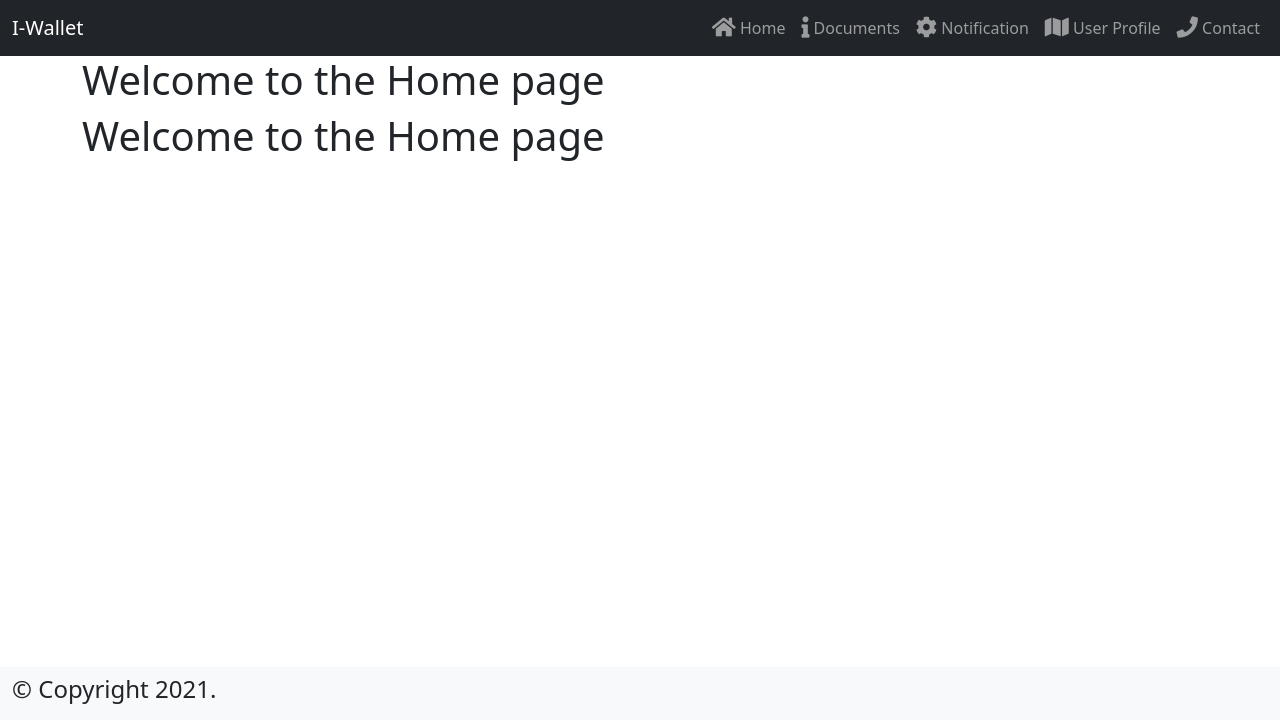
Repository: ahmed-mb-ali/I-Wallet
Page: http://localhost/
The author's editor kept a copy of each file at every save. The page is drawn from the files as they stood at one save, then again after the next save.
The browser window is 1280 px wide. The pictures show the whole page.
The page is served by the project's Node server (index.js). Other server files are loaded and not shown.

Above is the page before, as saved 2021-08-06 13:00:07.

### views/index.ejs
<!DOCTYPE html>
<html lang="en">
<head>
  <meta charset="UTF-8">
  <meta http-equiv="X-UA-Compatible" content="IE=edge">
  <meta name="viewport" content="width=device-width, initial-scale=1.0">
  <title><%= title %></title>
  <!-- CSS Section -->
  <link rel="stylesheet" href="/bootstrap/dist/css/bootstrap.min.css">
  <link rel="stylesheet" href="/@fortawesome/fontawesome-free/css/all.min.css">
  <link rel="stylesheet" href="/Content/app.css">
</head>
<body>
  <!-- Navigation Section -->
  <header>
    <%- include('./components/header.ejs') %>
  </header>

  <div class="container">
    <h1>Welcome to the <%= title %> page</h1>
  </div>

  <!-- Bottom Nav -->
  <%- include('./components/footer.ejs') %>

  <!-- JavaScript Section -->
  <script src="/jquery/dist/jquery.min.js"></script>
  <script src="/bootstrap/dist/js/bootstrap.min.js"></script>
  <script src="/Scripts/app.js"></script>
</body>
</html>

### views/components/header.ejs
<nav class="navbar navbar-expand-lg navbar-dark bg-dark">
    <div class="container-fluid">
      <a class="navbar-brand" href="#">I-Wallet</a>
      <button class="navbar-toggler" type="button" data-bs-toggle="collapse" data-bs-target="#navbarSupportedContent" aria-controls="navbarSupportedContent" aria-expanded="false" aria-label="Toggle navigation">
        <span class="navbar-toggler-icon"></span>
      </button>
      <div class="collapse navbar-collapse" id="navbarSupportedContent">
        <ul class="navbar-nav ms-auto mb-2 mb-lg-0">
          <li class="nav-item">
            <a class="nav-link" href="/home"><i class="fas fa-home fa-lg"></i> Home</a>
          </li>
          <li class="nav-item">
            <a class="nav-link" href="/document"><i class="fas fa-info fa-lg"></i> Documents</a>
          </li>
          <li class="nav-item">
            <a class="nav-link" href="/notification"><i class="fas fa-cog fa-lg"></i> Notification</a>
          </li>
          <li class="nav-item">
            <a class="nav-link" href="/profile"><i class="fas fa-map fa-lg"></i> User Profile</a>
          </li>
          <li class="nav-item">
            <a class="nav-link" href="/contact"><i class="fas fa-phone fa-lg"></i> Contact</a>
          </li>
        </ul>
      </div>
    </div>
  </nav>

  <div class="container">
    <h1>Welcome to the <%= title %> page</h1>
  </div>

### views/components/footer.ejs
 <nav class="navbar fixed-bottom navbar-light bg-light">
    <div class="container-fluid">
      <h4>&copy; Copyright 2021.</h4>
    </div>
  </nav>

### index.js
#!/usr/bin/env node
"use strict";
var __importDefault = (this && this.__importDefault) || function (mod) {
    return (mod && mod.__esModule) ? mod : { "default": mod };
};
Object.defineProperty(exports, "__esModule", { value: true });
const app_1 = __importDefault(require("./app"));
const debug_1 = __importDefault(require("debug"));
debug_1.default('i-wallet:server');
const http_1 = __importDefault(require("http"));
let port = normalizePort(process.env.PORT || '3000');
app_1.default.set('port', port);
let server = http_1.default.createServer(app_1.default);
server.listen(port);
server.on('error', onError);
server.on('listening', onListening);
function normalizePort(val) {
    let port = parseInt(val, 10);
    if (isNaN(port)) {
        return val;
    }
    if (port >= 0) {
        return port;
    }
    return false;
}
function onError(error) {
    if (error.syscall !== 'listen') {
        throw error;
    }
    var bind = typeof port === 'string'
        ? 'Pipe ' + port
        : 'Port ' + port;
    switch (error.code) {
        case 'EACCES':
            console.error(bind + ' requires elevated privileges');
            process.exit(1);
            break;
        case 'EADDRINUSE':
            console.error(bind + ' is already in use');
            process.exit(1);
            break;
        default:
            throw error;
    }
}
function onListening() {
    let addr = server.address();
    let bind = typeof addr === 'string'
        ? 'pipe ' + addr
        : 'port ' + addr.port;
    debug_1.default('Listening on ' + bind);
}
//# sourceMappingURL=index.js.map

### routes/index.js
"use strict";
var __importDefault = (this && this.__importDefault) || function (mod) {
    return (mod && mod.__esModule) ? mod : { "default": mod };
};
Object.defineProperty(exports, "__esModule", { value: true });
const express_1 = __importDefault(require("express"));
const router = express_1.default.Router();
exports.default = router;
router.get('/', function (req, res, next) {
    res.render('index', { title: 'Home' });
});
router.get('/home', function (req, res, next) {
    res.render('index', { title: 'Home' });
});
router.get('/document', function (req, res, next) {
    res.render('index', { title: 'Documents' });
});
router.get('/notification', function (req, res, next) {
    res.render('index', { title: 'Notification' });
});
router.get('/profile', function (req, res, next) {
    res.render('index', { title: 'User Profile' });
});
router.get('/contact', function (req, res, next) {
    res.render('index', { title: 'Contact' });
});
//# sourceMappingURL=index.js.map

### app.js
"use strict";
var __importDefault = (this && this.__importDefault) || function (mod) {
    return (mod && mod.__esModule) ? mod : { "default": mod };
};
Object.defineProperty(exports, "__esModule", { value: true });
const http_errors_1 = __importDefault(require("http-errors"));
const express_1 = __importDefault(require("express"));
const path_1 = __importDefault(require("path"));
const cookie_parser_1 = __importDefault(require("cookie-parser"));
const morgan_1 = __importDefault(require("morgan"));
const index_1 = __importDefault(require("./routes/index"));
const app = express_1.default();
exports.default = app;
app.set('views', path_1.default.join(__dirname, 'views'));
app.set('view engine', 'ejs');
app.use(morgan_1.default('dev'));
app.use(express_1.default.json());
app.use(express_1.default.urlencoded({ extended: false }));
app.use(cookie_parser_1.default());
app.use(express_1.default.static(path_1.default.join(__dirname, 'Client')));
app.use(express_1.default.static(path_1.default.join(__dirname, "node_modules")));
app.use('/', index_1.default);
app.use(function (req, res, next) {
    next(http_errors_1.default(404));
});
app.use(function (err, req, res, next) {
    res.locals.message = err.message;
    res.locals.error = req.app.get('env') === 'development' ? err : {};
    res.status(err.status || 500);
    res.render('error');
});
//# sourceMappingURL=app.js.map

### Client/Content/app.css
/* your custom css goes here */

### Client/Scripts/app.js
"use strict";
(function () {
    function Start() {
        console.log("App Started");
    }
    window.addEventListener("load", Start);
})();
//# sourceMappingURL=app.js.map

After the next save:
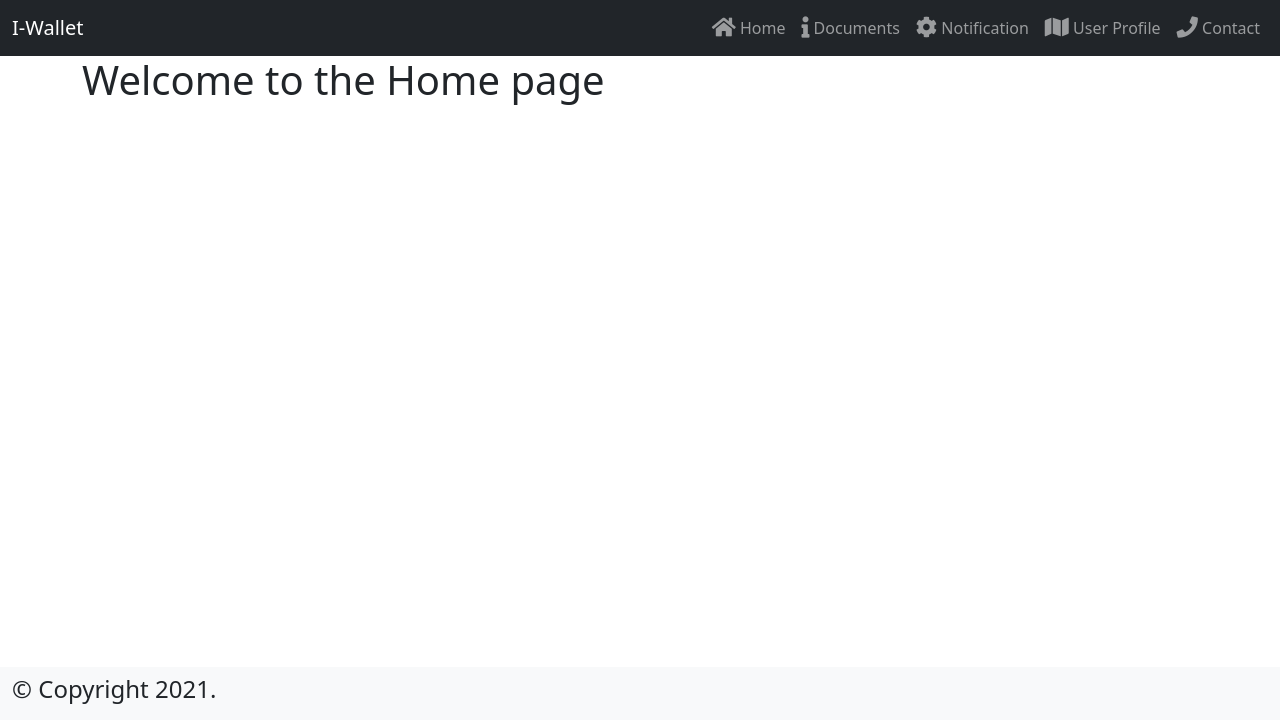
Saved 1 s later.
--- a/views/components/header.ejs
+++ b/views/components/header.ejs
@@ -25,7 +25,3 @@
       </div>
     </div>
   </nav>
-
-  <div class="container">
-    <h1>Welcome to the <%= title %> page</h1>
-  </div>
